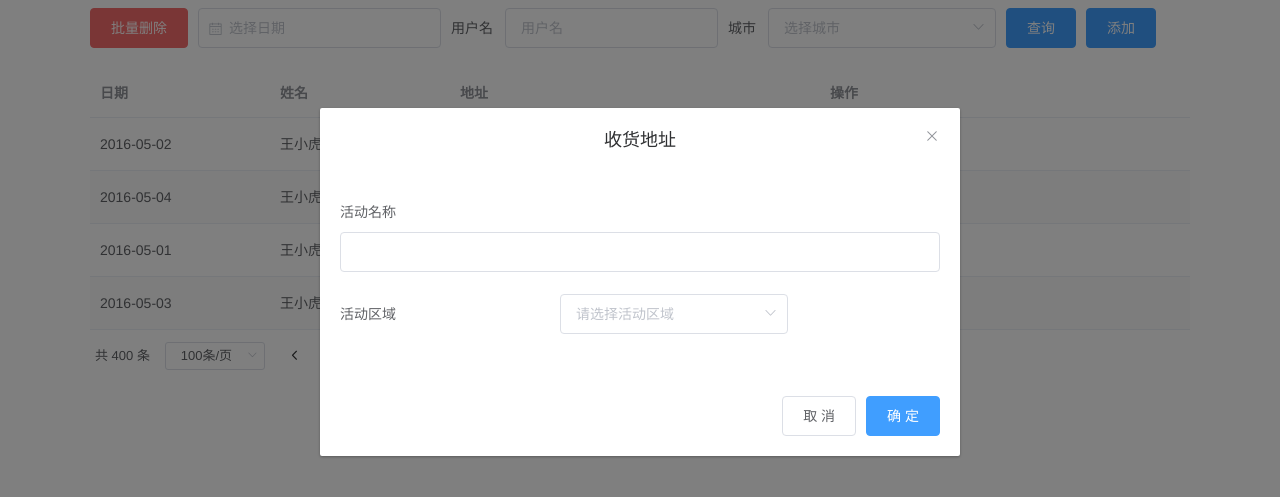
Repository: chang-meng-yun/vue_project
Page: /
The author's editor kept a copy of each file at every save. The page is drawn from the files as they stood at one save, then again after the next save.
The browser window is 1280 px wide. The pictures show the whole page.
The project was rebuilt for these pictures with package versions that can differ from the ones it lists, and the page was loaded fresh each time. Also part of the build but not shown: vue.config.js, src/VBindStudy.vue, src/HomeWork.vue, src/views/reHome.vue, src/prents.vue, src/child.vue, src/views/son.vue, src/components/HelloWorld.vue and 1 more.

Above is the page before, as saved 2024-06-27 16:39:18.

### public/index.html
<!DOCTYPE html>
<html lang="">
  <head>
    <meta charset="utf-8">
    <meta http-equiv="X-UA-Compatible" content="IE=edge">
    <meta name="viewport" content="width=device-width,initial-scale=1.0">
    <link rel="icon" href="<%= BASE_URL %>favicon.ico">
    <!-- <title><%= htmlWebpackPlugin.options.title %></title> -->
     <title>我是首页</title>
  </head>
  <body>
    <noscript>
      <strong>We're sorry but <%= htmlWebpackPlugin.options.title %> doesn't work properly without JavaScript enabled. Please enable it to continue.</strong>
    </noscript>
    <!-- 显示内容的地方 -->
    <div id="app"></div>
    <!-- built files will be auto injected -->
  </body>
</html>

### src/main.js
import Vue from 'vue'
import App from './App.vue'
import ElementUI from 'element-ui';
import 'element-ui/lib/theme-chalk/index.css';
import router from './router'

Vue.use(ElementUI);

Vue.config.productionTip = false
new Vue({
  router,
  render: h => h(App)
}).$mount('#app')

### src/App.vue
<template>
  <div id="app">
    <!-- <Hello></Hello> -->
    <!-- <VBindStudy></VBindStudy> -->
    <!-- <HomeWork></HomeWork> -->
    <!-- <reHome></reHome> -->
    <!-- <Model></Model> -->
    <FromFrame></FromFrame>
     <!-- <prents></prents> -->
     <!-- <div>来自父组件得值{{son_title}}</div>
      <son @son_to_parent="getValues"></son> -->

      <!-- <child myTitle="信息展示" :mysrc="img_path" > -->
        <!-- <child myTitle="学生信息展示" myTitle2="老师信息展示" myTitle3="员工信息展示"  :tableData1="tableData1" :tableData2="tableData2" :tableData3="tableData3"></child> -->


    </div>
</template>
<script>
  // 导入组件
  import Hello from '@/Hello.vue'
  import VBindStudy from '@/VBindStudy'
  import HomeWork from '@/HomeWork'
  import reHome from './views/reHome.vue'
  import FromFrame from '@/FromFrame.vue'
  import prents from '@/prents.vue'
  import child from '@/child.vue'
   import son from './views/son.vue'
  // import Model from './views/Model.vue'
  export default {
    components: {
      Hello,
      VBindStudy,
      HomeWork,
      FromFrame,
      prents,
      child,
      son
      // Model
    },
    data() {
      return {
        tableData1: [{
            id: '1',
            name: '王小虎',
            age: '19'
          }, {
            id: '2',
            name: '王美美',
            age: '20'
          }, {
            id: '3',
            name: '韩梅梅',
            age: '21'
          }, {
            id: '4',
            name: '张三',
            age: '22'
          }],
          tableData2: [{
            id: '1',
            name: '王老师',
            age: '39'
          }, {
            id: '2',
            name: '李老师',
            age: '32'
          }, {
            id: '3',
            name: '张老师',
            age: '31'
          }, {
            id: '4',
            name: '赵老师',
            age: '32'
          }],
          tableData3: [{
            id: '1',
            name: '王小虎',
            age: '19'
          }, {
            id: '2',
            name: '李四',
            age: '20'
          }, {
            id: '3',
            name: '王五',
            age: '21'
          }, {
            id: '4',
            name: '赵六',
            age: '22'
          }],
        // mark: true,
        // name: "张三",
        // mywidth: "350px",
        // myImage: require("./assets/花.jpg"),
        // img_path: require("@/assets/花.jpg"),
        // son_title:""
      }
    },
    methods: {
      controller_div() {
        this.mark = !this.mark
        console.log(this.mark)
      },
      changeSize() {
        this.mywidth = "500px"
      },
      changeImage() {
        console.log("pakaqiu")
        this.myImage = require("./assets/小樱花.webp")
      },
      getValues(n){
        this.son_title=n
      }
    }
  }
</script>
<style>
  .box {
    width: 200px;
    height: 200px;
    background-color: red;
  }

  #app {
    font-family: Avenir, Helvetica, Arial, sans-serif;
    -webkit-font-smoothing: antialiased;
    -moz-osx-font-smoothing: grayscale;
    text-align: center;
    color: #2c3e50;
  }

  nav {
    padding: 30px;
  }

  nav a {
    font-weight: bold;
    color: #2c3e50;
  }

  nav a.router-link-exact-active {
    color: #42b983;
  }
</style>

### src/Hello.vue
<template>
  <div>
        <!-- <nav>
      <router-link to="/">Home</router-link> |
      <router-link to="/about">About</router-link>
    </nav> -->
    <!-- <el-row>
      <el-button>默认按钮</el-button>
      <el-button type="primary">主要按钮</el-button>
      <el-button type="success">成功按钮</el-button>
      <el-button type="info">信息按钮</el-button>
      <el-button type="warning">警告按钮</el-button>
      <el-button type="danger">危险按钮</el-button>
    </el-row> -->

    <!-- <input  type="text" v-model="username"> -->
     <!-- <div  v-if="mark" class="box">
      div1-if标签
     </div> -->
     <!-- <el-button type="primary" v-on:click="controller_div()">控制div</el-button> -->
     <!-- <div  v-show ="mark" class="box"> -->
      <!-- div2-show标签 -->
     <!-- </div> -->
    <!-- <div>
      {{username}}
    </div> -->
    <!-- <router-view/> -->
     <!-- <hr> -->

     <el-row>
        <el-col :span="12">
          <div class="grid-content bg-purple">
         <img src="./assets/小雏菊.webp" v-bind:width="mywidth" />
         <br>
         <el-button type="primary" @click="changeSize()">改变大小</el-button>
        </div>
      </el-col>

        <el-col :span="12">
          <div class="grid-content bg-purple-light">
            <img v-bind:src="myImage" width="350px" />
            <br>
            <el-button type="primary" @click="changeImage()">改变图片</el-button>
        </div>
      </el-col>
      </el-row>

  </div>
</template>
<script>
     export default{
    // components:{
    //     Hello,
    //     VBindStudy
    // },
    data(){
      return{
        mark:true,
        name:"张三",
        mywidth:"350px",
        myImage:require("./assets/花.jpg")
      }
    },
    methods:{
     controller_div(){
        this.mark=!this.mark
        console.log(this.mark)
      },
      changeSize(){
        this.mywidth="500px"
      },
      changeImage(){
        console.log("pakaqiu")
        this.myImage=require("./assets/小樱花.webp")
      }
     },
     components:{

     }
    }
  </script>
  <style>
  .box{
      width: 200px;
      height: 200px;
      background-color: red;
  }
  #app {
    font-family: Avenir, Helvetica, Arial, sans-serif;
    -webkit-font-smoothing: antialiased;
    -moz-osx-font-smoothing: grayscale;
    text-align: center;
    color: #2c3e50;
  }

  nav {
    padding: 30px;
  }

  nav a {
    font-weight: bold;
    color: #2c3e50;
  }

  /* nav a.router-link-exact-active {
    color: #42b983;
  } */
  </style>

### src/FromFrame.vue
<template>
    <div style="width: 1100px;margin: 0 auto;">
        <!-- 功能区域 -->
        <div style="float: left;">
            <el-form :inline="true" :model="formInline" class="demo-form-inline">
                <el-form-item>
                    <el-button type="danger" @click="deleteAll">批量删除</el-button>
                </el-form-item>
                <el-form-item prop="date">
                    <el-date-picker type="date" placeholder="选择日期" v-model="formInline.date1"
                        style="width: 100%;"></el-date-picker>
                </el-form-item>
                <el-form-item label="用户名">
                    <el-input v-model="formInline.user" placeholder="用户名"></el-input>
                </el-form-item>
                <el-form-item label="城市">
                    <el-select v-model="formInline.region" placeholder="选择城市">
                        <el-option label="上海" value="shanghai"></el-option>
                        <el-option label="北京" value="beijing"></el-option>
                    </el-select>
                </el-form-item>
                <el-form-item>
                    <el-button type="primary" @click="onSubmit">查询</el-button>
                </el-form-item>
                <el-form-item>
                    <el-button type="primary"  @click="addUser = false">添加</el-button>
                </el-form-item>
            </el-form>
        </div>


        <!-- 数据显示区 -->
        <div>
            <el-table :data="tableData" stripe style="width: 100%">
                <el-table-column prop="date" label="日期" width="180"></el-table-column>
                <el-table-column prop="name" label="姓名" width="180"></el-table-column>
                <el-table-column prop="address" label="地址">
                </el-table-column>
                <el-table-column label="操作">
                    <template slot-scope="scope">
                        <el-button size="mini" @click="handleEdit(scope.$index, scope.row)">编辑</el-button>
                        <el-button size="mini" type="danger"
                            @click="handleDelete(scope.$index, scope.row)">删除</el-button>
                    </template>
                </el-table-column>
            </el-table>
        </div>
        <!-- 完整功能--页码 -->
        <div class="block" style="margin-top: 10px;float: left;">
            <span class="demonstration"></span>
            <el-pagination @size-change="handleSizeChange" @current-change="handleCurrentChange"
                :current-page="currentPage4" :page-sizes="[100, 200, 300, 400]" :page-size="100"
                layout="total, sizes, prev, pager, next, jumper" :total="400">
            </el-pagination>
        </div>
        <!-- 保存的面板 对话框 -->
         <div>
            <el-dialog title="收货地址" :visible.sync="addUser">
                <el-form :model="subObj">
                  <el-form-item label="活动名称" :label-width="formLabelWidth">
                    <el-input v-model="subObj.name" autocomplete="off"></el-input>
                  </el-form-item>
                  <el-form-item label="活动区域" :label-width="formLabelWidth">
                    <el-select v-model="subObj.city" placeholder="请选择活动区域">
                      <el-option label="区域一" value="shanghai"></el-option>
                      <el-option label="区域二" value="beijing"></el-option>
                    </el-select>
                  </el-form-item>
                </el-form>
                <div slot="footer" class="dialog-footer">
                  <el-button @click="addUser = false">取 消</el-button>
                  <el-button type="primary" @click="addUser = false">确 定</el-button>
                </div>
              </el-dialog>
         </div>
    </div>
</template>
<script>
    export default {
        data() {
            return {
                // 保存需要的面板
                subObj:{
                  formLabelWidth:'150px',
                  addUser:false,
                  name:"",
                  city:""
                },
                // 表格
                tableData: [{
                    date: '2016-05-02',
                    name: '王小虎',
                    address: '上海市普陀区金沙江路 1518 弄'
                }, {
                    date: '2016-05-04',
                    name: '王小虎',
                    address: '上海市普陀区金沙江路 1517 弄'
                }, {
                    date: '2016-05-01',
                    name: '王小虎',
                    address: '上海市普陀区金沙江路 1519 弄'
                }, {
                    date: '2016-05-03',
                    name: '王小虎',
                    address: '上海市普陀区金沙江路 1516 弄'
                }],
                formInline: {
                    user: '',
                    region: '',
                    date: '',
                },
                currentPage1: 5,
                currentPage2: 5,
                currentPage3: 5,
                currentPage4: 4
            }
        },
        methods: {
            handleEdit(index, row) {
                // 修改一条数据
                console.log(index, row);
            },
            handleDelete(index, row) {
                // 删除一条数据
                console.log(index, row);
            },
            onSubmit() {
                // 查询
                console.log('submit!');
            },
            handleSizeChange(val) {
                // 显示每页多少条数据
                console.log(`每页 ${val} 条`);
            },
            handleCurrentChange(val) {
                // 显示当前几页
                console.log(`当前页: ${val}`);
            },
            deleteAll() {
                // 批量删除
                console.log("deleteAll====")
            },
            addUser() {
                // 添加
                console.log("addUser====")
            }
        },
        components: {

        }
    }
</script>
<style>

</style>

Loaded but not shown: src/router/index.js (common file)

After the next save:
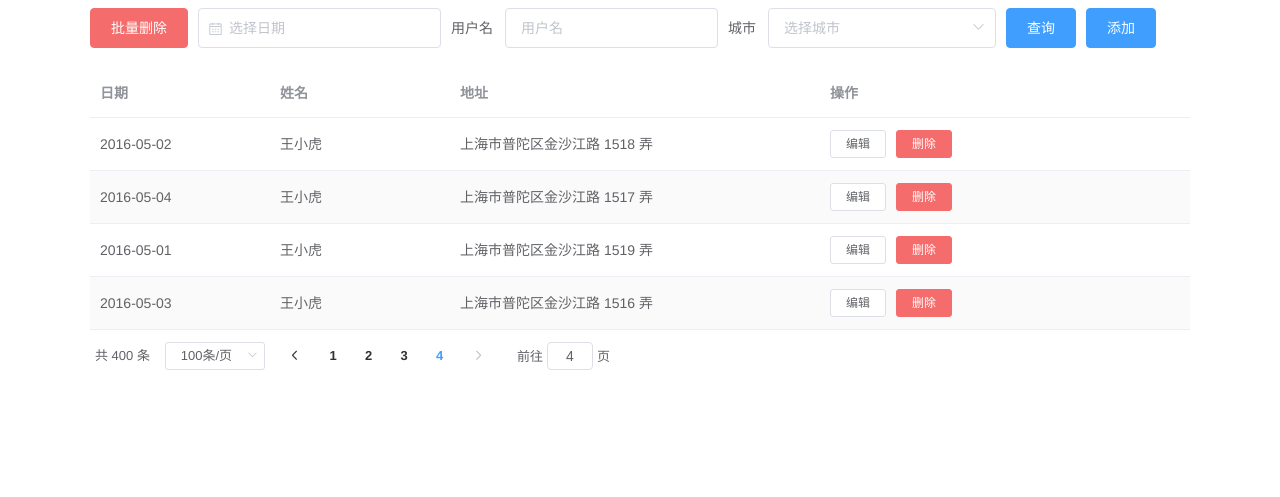
Saved 111 s later.
--- a/src/FromFrame.vue
+++ b/src/FromFrame.vue
@@ -54,25 +54,7 @@
             </el-pagination>
         </div>
         <!-- 保存的面板 对话框 -->
-         <div>
-            <el-dialog title="收货地址" :visible.sync="addUser">
-                <el-form :model="subObj">
-                  <el-form-item label="活动名称" :label-width="formLabelWidth">
-                    <el-input v-model="subObj.name" autocomplete="off"></el-input>
-                  </el-form-item>
-                  <el-form-item label="活动区域" :label-width="formLabelWidth">
-                    <el-select v-model="subObj.city" placeholder="请选择活动区域">
-                      <el-option label="区域一" value="shanghai"></el-option>
-                      <el-option label="区域二" value="beijing"></el-option>
-                    </el-select>
-                  </el-form-item>
-                </el-form>
-                <div slot="footer" class="dialog-footer">
-                  <el-button @click="addUser = false">取 消</el-button>
-                  <el-button type="primary" @click="addUser = false">确 定</el-button>
-                </div>
-              </el-dialog>
-         </div>
+
     </div>
 </template>
 <script>
